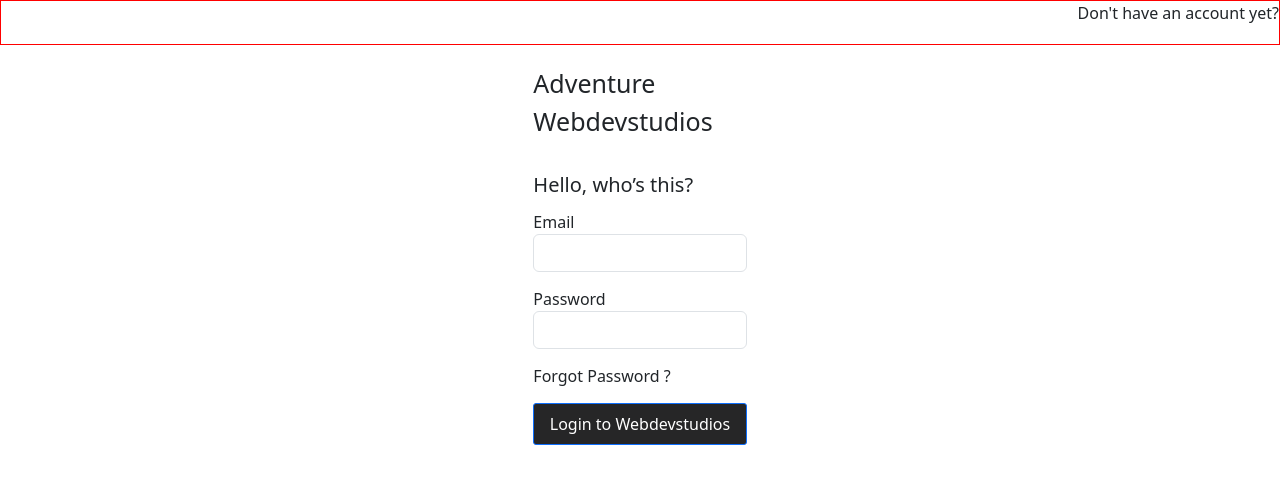
Repository: nnbxxx/React-Untimate
Page: /login
An editor plug-in stored every save of this project. The page is shown before and after a run of saves, followed by the edit.
The browser window is 1280 px wide. The pictures show the whole page.
The project was rebuilt for these pictures with package versions that can differ from the ones it lists, and the page was loaded fresh each time. Also part of the build but not shown: src/components/Header/header.js, src/App.js, src/components/User/User.js, src/components/Admin/SideBar.scss, src/components/Admin/SideBar.js, src/components/Admin/Admin.scss, src/components/Admin/Admin.js, src/components/Home/HomePage.js and 11 more. Imported but missing from the stored project, and not drawn on this page: src/assets/video-homepage.webm.

Above is the page before, as saved 2023-04-12 20:46:10.

### src/index.js
import React from "react";
import ReactDOM from "react-dom/client";
import App from "./App";
import reportWebVitals from "./reportWebVitals";
import { Provider } from "react-redux";
import store from "./redux/store";
import "bootstrap/dist/css/bootstrap.min.css";
import User from "./components/User/User";
import Admin from "./components/Admin/Admin";
import HomePage from "./components/Home/HomePage";
import ManageUser from "./components/Admin/Content/ManageUser";
import DashBoard from "./components/Admin/Content/DashBoard";
import {
  createBrowserRouter,
  RouterProvider,
  BrowserRouter,
  Route,
  Routes,
} from "react-router-dom";
import Login from "./components/Auth/Login";

const root = ReactDOM.createRoot(document.getElementById("root"));
root.render(
  <Provider store={store}>
    {/* <React.StrictMode> */}
    <BrowserRouter>
      <Routes>
        <Route path='/' element={<App />}>
          <Route index element={<HomePage />} />
          <Route path='users' element={<User />} />
        </Route>
        <Route path='/admins' element={<Admin />}>
          <Route index element={<DashBoard />} />
          <Route path='manage-users' element={<ManageUser />} />
        </Route>
        <Route path='/login' element={<Login />} />
      </Routes>
    </BrowserRouter>

    {/* </React.StrictMode> */}
  </Provider>
);

// If you want to start measuring performance in your app, pass a function
// to log results (for example: reportWebVitals(console.log))
// or send to an analytics endpoint. Learn more: https://bit.ly/CRA-vitals
reportWebVitals();

### src/components/Auth/Login.js
import { Button } from "react-bootstrap";
import "./Login.scss";
const Login = () => {
  return (
    <div className='login-container'>
      <div className='header mx-auto'>Don't have an account yet?</div>
      <div className='title col-2 mx-auto'>Adventure Webdevstudios</div>
      <div className='welcome col-2 mx-auto'>Hello, who’s this?</div>
      <div className='content-form col-2 mx-auto'>
        <div className='form-group'>
          <label>Email</label>
          <input type='email' className='form-control' />
        </div>
        <div className='form-group'>
          <label>Password</label>
          <input type='password' className='form-control' />
        </div>
        <span className='forgot-password'>Forgot Password ?</span>
        <div>
          <Button className='btn-submit'>Login to Webdevstudios</Button>
        </div>
      </div>
    </div>
  );
};
export default Login;

### src/App.scss
body {
  padding: 0;
  margin: 0;
  font-family: -apple-system, BlinkMacSystemFont, "Segoe UI", "Roboto", "Oxygen",
    "Ubuntu", "Cantarell", "Fira Sans", "Droid Sans", "Helvetica Neue",
    sans-serif;
  -webkit-font-smoothing: antialiased;
  -moz-osx-font-smoothing: grayscale;
}
.app-container {
  .header-container {
    .btn-login {
      border-radius: 4px;
      color: #262627;
      justify-content: center;
      line-height: 24px;
      margin: 0px 16px 0px 0px;
      padding: 8px 16px;
      text-align: center;
      border: 1px solid black;
    }
    .btn-signup {
      border-radius: 4px;
      color: #fff;
      background-color: #262627;
      justify-content: center;
      line-height: 24px;
      margin: 0px 16px 0px 0px;
      padding: 8px 16px;
      text-align: center;
      border: 1px solid black;

      &:hover {
        // opacity: 0.9;
        background-color: black;
      }
    }
    .navbar {
      z-index: 10;
      padding-top: 25px;
      background-color: rgba(0, 0, 0, 0) !important;
      .nav-link {
        &.active {
          color: #00bfff;
        }
      }
    }
  }
  .homepage-content {
    margin-top: 40px;
    padding: 0 100px;
    position: relative;
    width: 50%;
    display: flex;
    justify-content: center;
    flex-direction: column;
    gap: 20px;
    .title-1 {
      color: #262627;
      font-size: 60px;
      font-weight: 300;
      line-height: 76.8px;
      margin: 0px 0px 24px;
    }
    .title-2 {
      color: #262627;
      font-size: 20px;
      font-weight: 300;
      line-height: 31.2px;
      margin: 0px 0px 40px;
    }
    .btn-3 {
      background-color: #262627;
      border-radius: 4px;
      color: #fcfaf8;
      display: inline-block;
      justify-content: center;
      line-height: 24px;
      padding: 10px 20px;
      text-align: center;
      width: 200px;
      border: none;

      &:hover {
        // opacity: 0.9;
        background-color: black;
      }
    }
  }
}
video {
  position: fixed;
  bottom: 0;
  width: 100vw;
}
@media (min-width: 1450px) {
  .container,
  .container-lg,
  .container-md,
  .container-sm,
  .container-xl,
  .container-xxl {
    max-width: 1400px !important;
  }
}

### src/components/Auth/Login.scss
.login-container {
  .header {
    height: 45px;
    text-align: right;
    border: 1px solid red;
  }
  .title {
    font-size: 25px;
    padding: 20px 0;
    align-items: center;
    text-align: justify;
  }
  .welcome {
    font-size: 20px;
    padding: 10px 0;
  }
  .content-form {
    display: flex;

    justify-content: center;
    flex-direction: column;
    gap: 15px;
    .forgot-password {
    }
    .btn-submit {
      width: 100%;
      display: flex;
      justify-content: center;
      align-items: flex-start;
      background-color: #262627;
      border-radius: 3px;
      // box-shadow: #51cbee 0px 0px 8px 0px;
      color: #ffffff;
      line-height: 28px;
      text-align: center;
    }
  }
}

Loaded but not shown: public/index.html (common file); src/reportWebVitals.js (common file); src/redux/store.js (common file); src/redux/reducer/rootReducer.js (common file); src/redux/reducer/counterReducer.js (common file); src/redux/action/counterAction.js (common file)

After the next 2 saves:
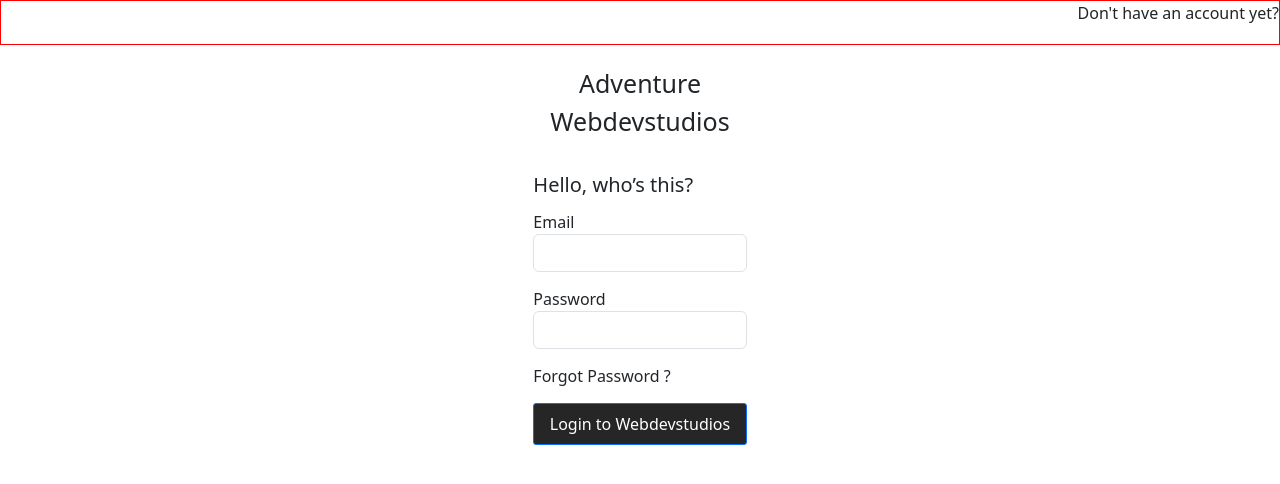
The 2 saves are shown as one change because they came seconds apart.
The last was saved 15 s later.
--- a/src/components/Auth/Login.scss
+++ b/src/components/Auth/Login.scss
@@ -7,8 +7,7 @@
   .title {
     font-size: 25px;
     padding: 20px 0;
-    align-items: center;
-    text-align: justify;
+    text-align: center;
   }
   .welcome {
     font-size: 20px;
